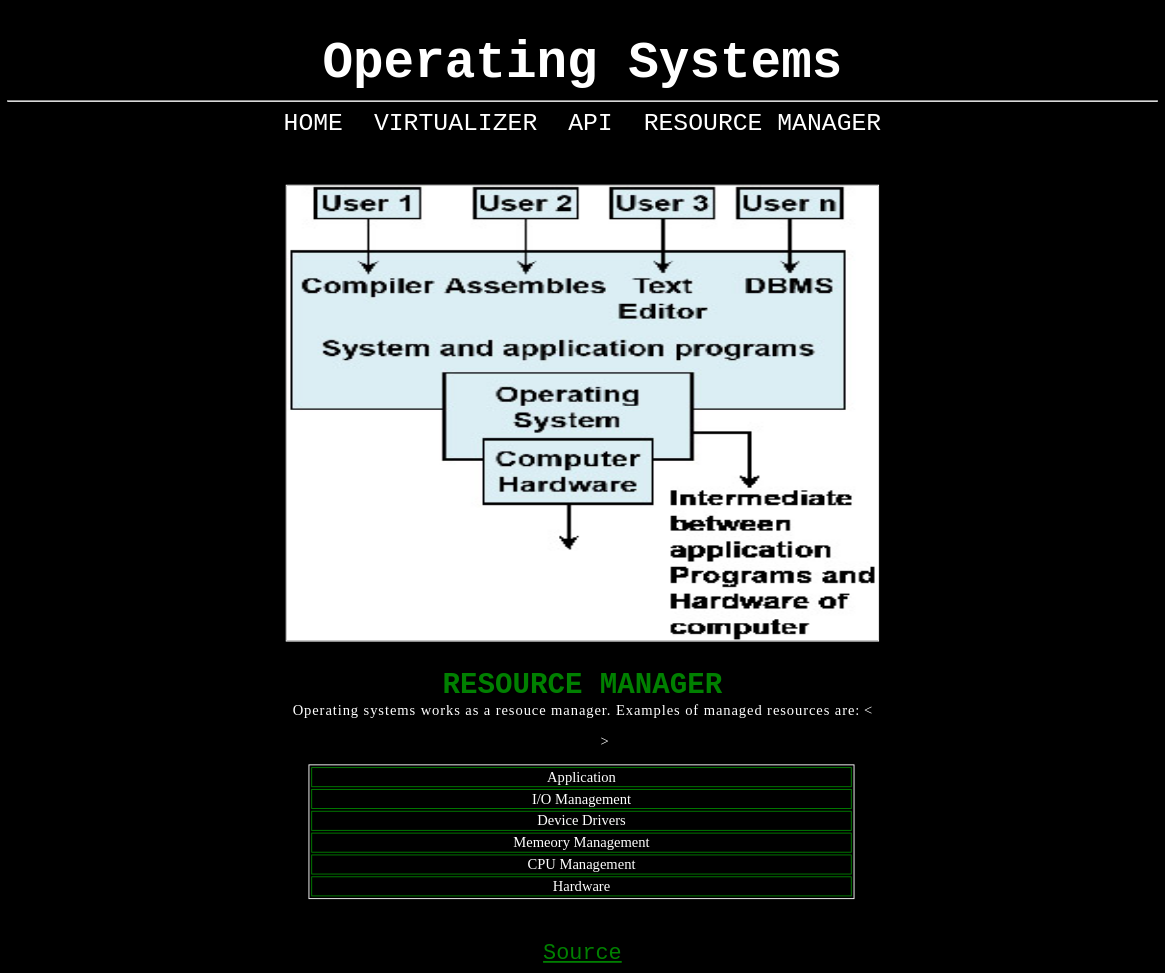
Repository: ctm93/web2
Page: http://localhost/page4.php
The author's editor kept a record of every edit. The page is drawn from the files as they stood at one moment, then again after the next edit.
The browser window is 1280 px wide. The pictures show the whole page, at 91% of full size.
Some web fonts or font styles are not loaded; a fallback is used. The page is run by PHP 8.4 with error messages shown; the project is at /var/www/html/.

Above is the page before.

After the next edit:
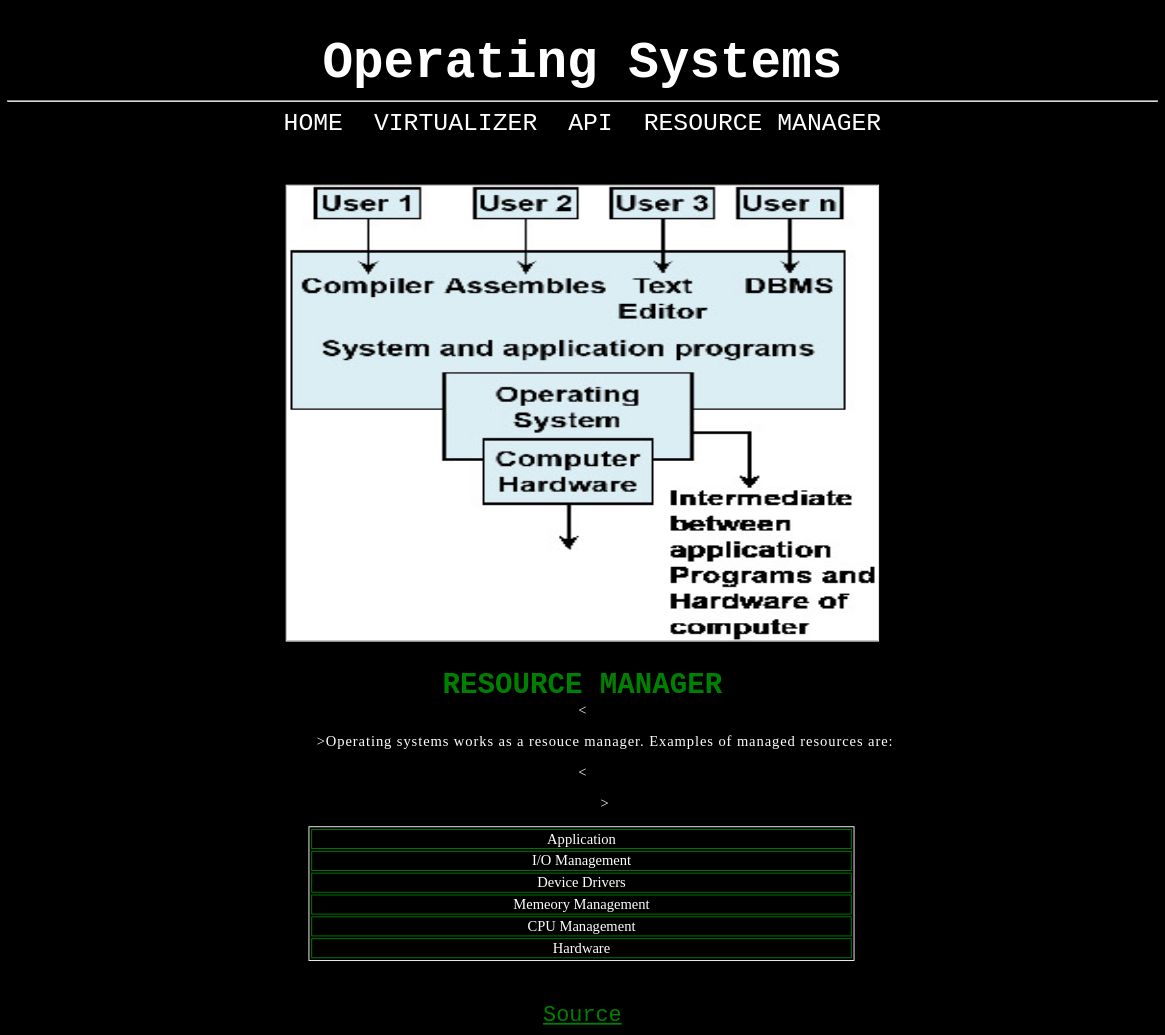
The edit:
--- a/page4.php
+++ b/page4.php
@@ -32,7 +32,7 @@
 
                 <h2>RESOURCE MANAGER</h2>
 
-                <p2>Operating systems works as a resouce manager. Examples of managed resources are:</p2>
+                <<p class ="p2">>Operating systems works as a resouce manager. Examples of managed resources are:</p>
 
                 <<p class ="p3">>
                 <table>
